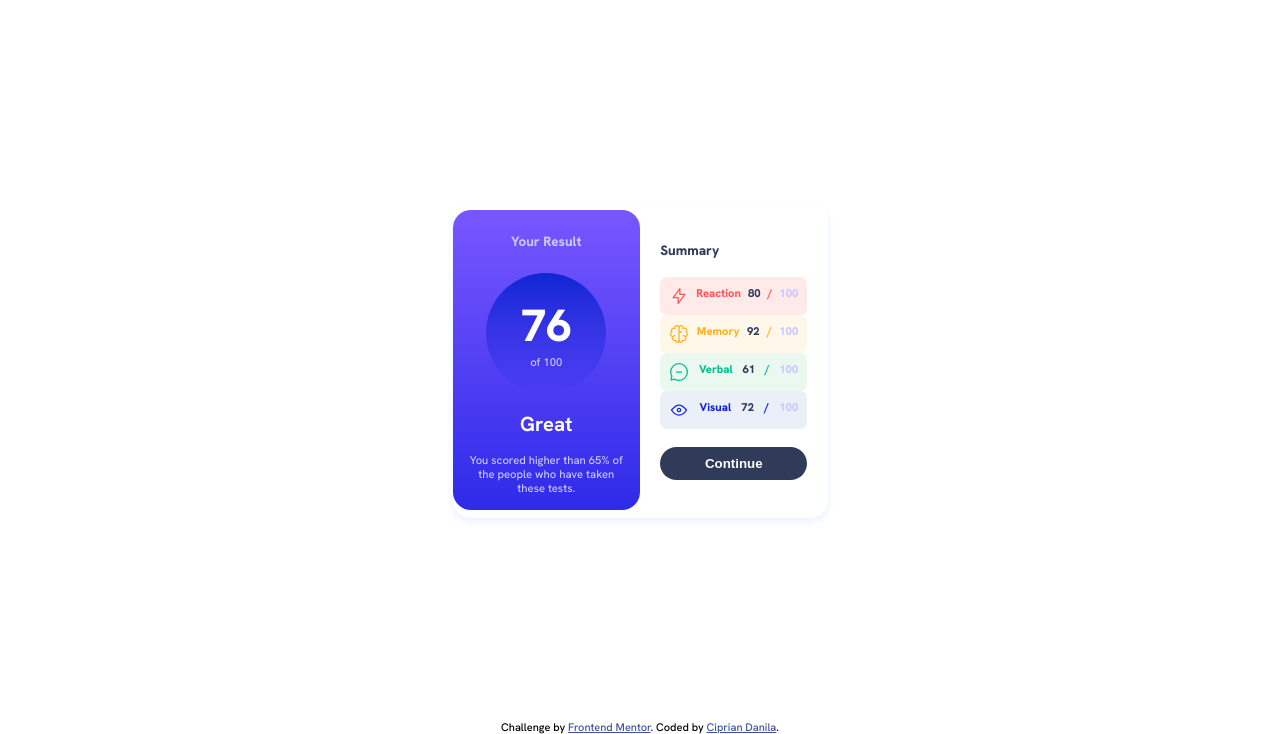
Repository: cipdanila/results-summary-component
Page: index.html
The author's editor kept a copy of each file at every save. The page is drawn from the files as they stood at one save, then again after the next save.
The browser window is 1280 px wide. The pictures show the whole page.

Above is the page before, as saved 2024-02-02 20:28:20.

After the next save:
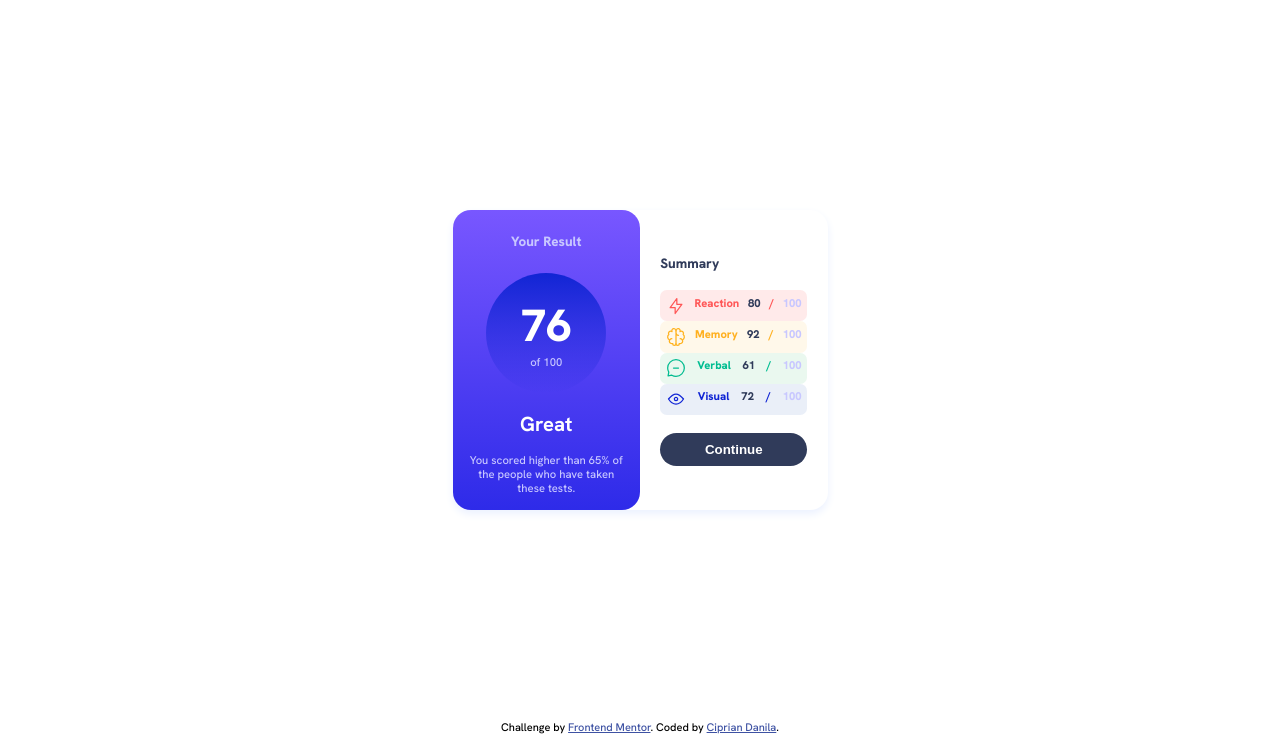
Saved 35 s later.
--- a/styles.css
+++ b/styles.css
@@ -122,7 +122,7 @@
 
 .summary div {
     width: 100%;
-    padding: 0.5rem;
+    padding: 0.313rem;
     font-size: 0.625rem;
     display: flex;
     justify-content: space-between;
